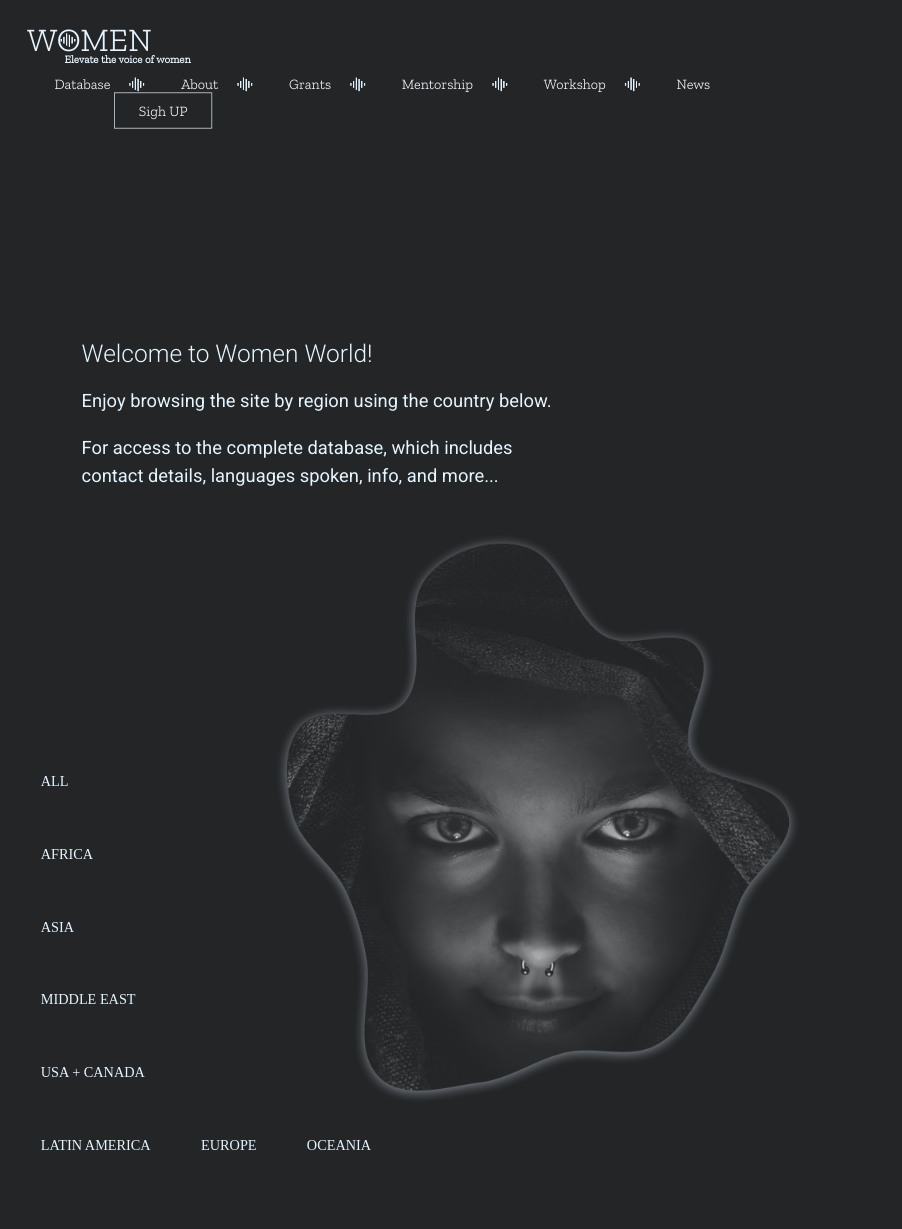
Repository: AndreyMykulych/user_home_work_Mykulych
Page: 5/index.html
An editor plug-in stored every save of this project. The page is shown before and after the next save, followed by the edit.
The browser window is 1280 px wide. The page is 1327 px wide, so the pictures cover 1327 px, including what lies to the right of the window. The pictures show the whole page, at 68% of full size.

Above is the page before, as saved 2023-03-05 17:46:14.

After the next save:
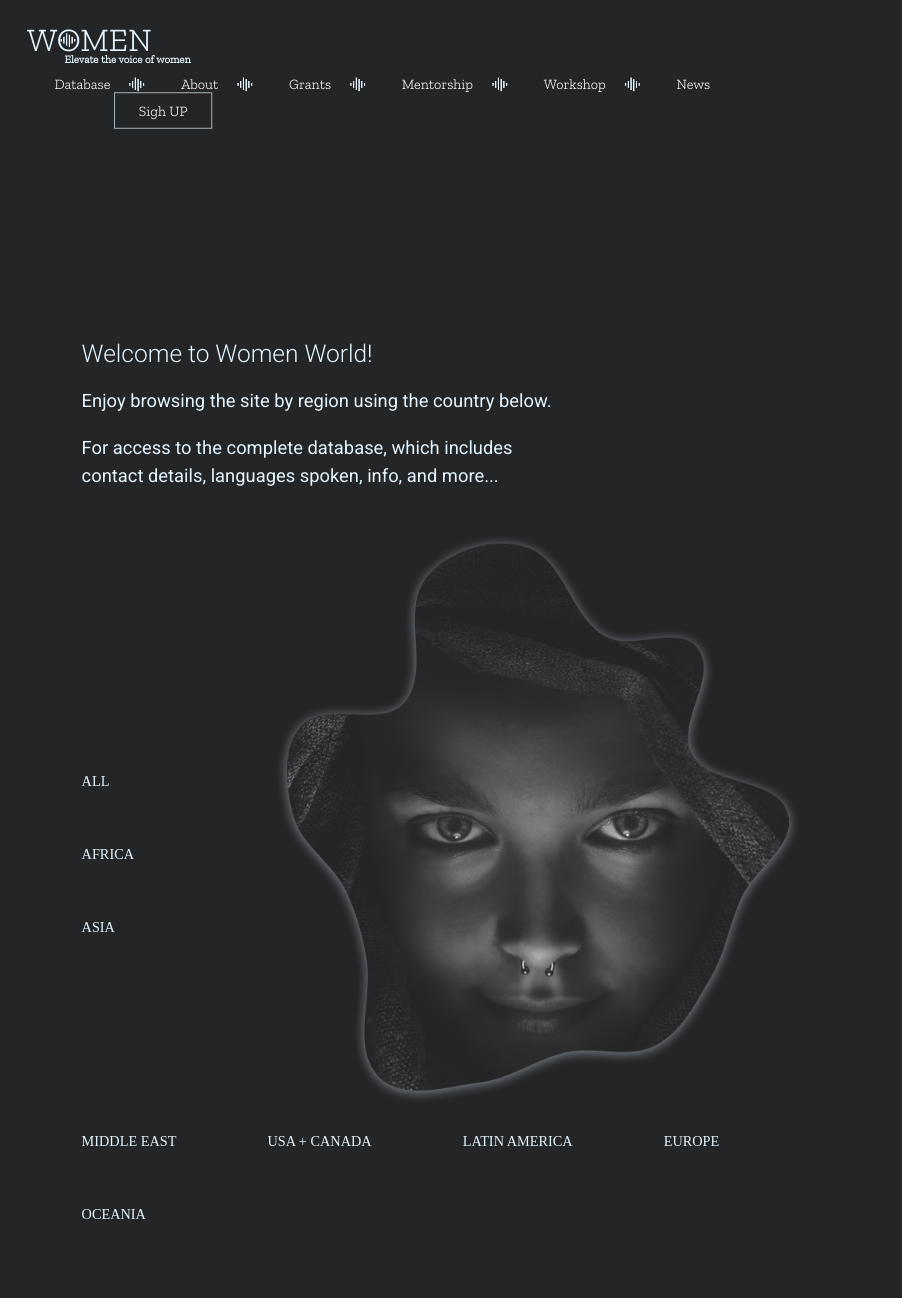
Saved 59 s later.
--- a/5/style/index.css
+++ b/5/style/index.css
@@ -165,4 +165,5 @@
 line-height: 25px;
 color: #E4F5FF;
 padding-right: 50px;
+padding-left: 80px;
 }

After the 2 saves that followed:
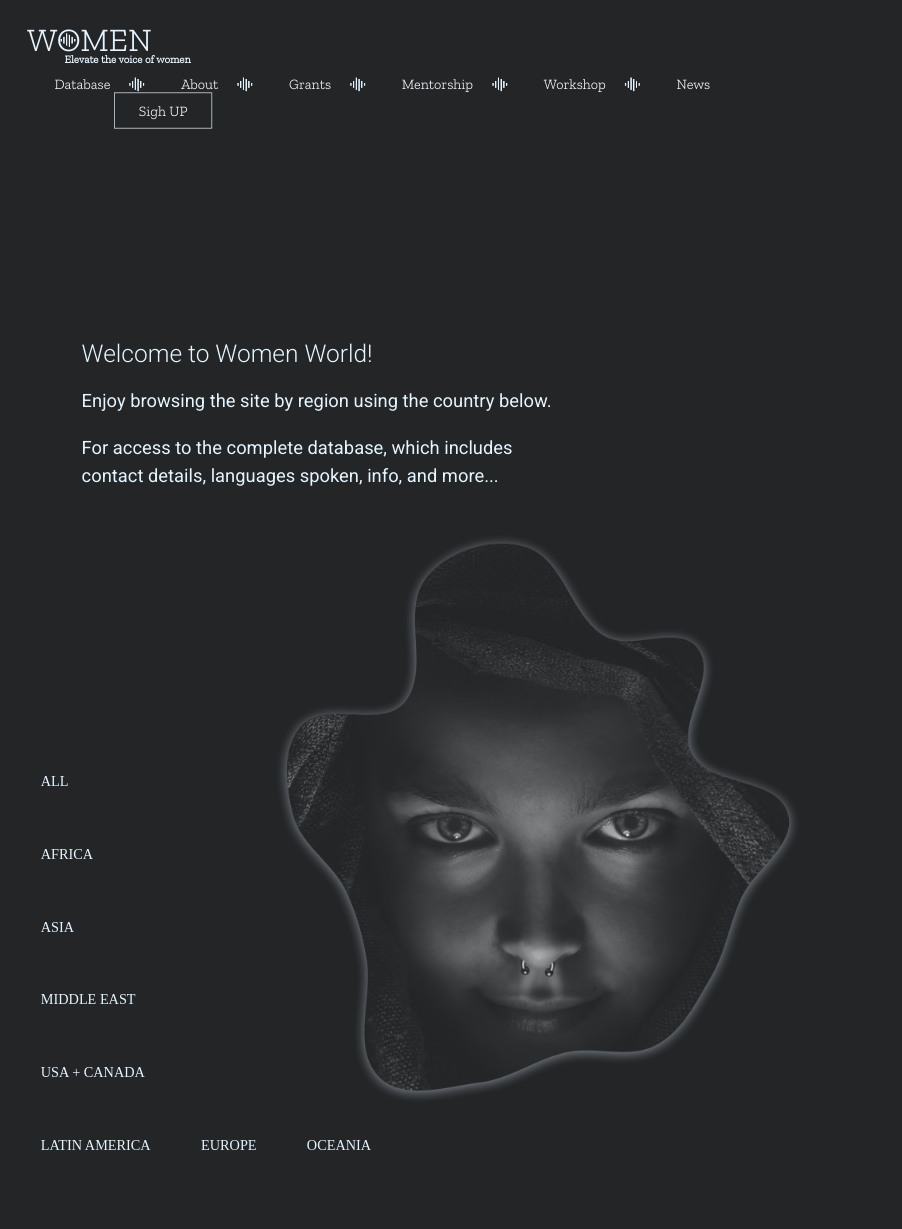
The 2 saves are shown as one change because 1 left the picture as it was.
The last was saved 39 s later.
--- a/5/style/index.css
+++ b/5/style/index.css
@@ -151,7 +151,7 @@
     /* display: block; */
     width: 1287px;
     height: auto;
-    margin: 0 auto;
+    /* margin: 0 auto; */
     margin-top: 891px;
 }
 .countries p{
@@ -165,5 +165,5 @@
 line-height: 25px;
 color: #E4F5FF;
 padding-right: 50px;
-padding-left: 80px;
+padding-left: 20px;
 }
